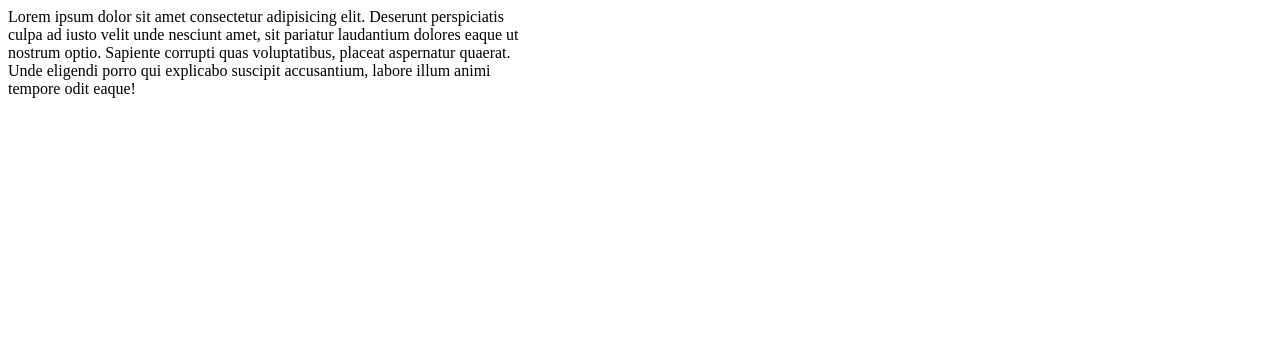
Repository: diensy/Web_dev
Page: Css/overflow/overflow.html
An editor plug-in stored every save of this project. The page is shown before and after the next save, followed by the edit.
The browser window is 1280 px wide. The pictures show the whole page.

Above is the page before, as saved 2024-05-25 23:22:47.

### Css/overflow/overflow.html
<!DOCTYPE html>
<html lang="en">
  <head>
    <meta charset="UTF-8" />
    <meta name="viewport" content="width=device-width, initial-scale=1.0" />
    <title>Document</title>
    <link rel="stylesheet" href="overflow.css" />
  </head>
  <body>
    <div class="b">
      Lorem ipsum dolor sit amet consectetur adipisicing elit. Deserunt
      perspiciatis culpa ad iusto velit unde nesciunt amet, sit pariatur
      laudantium dolores eaque ut nostrum optio. Sapiente corrupti quas
      voluptatibus, placeat aspernatur quaerat. Unde eligendi porro qui
      explicabo suscipit accusantium, labore illum animi tempore odit eaque!
    </div>
  </body>
</html>

### Css/overflow/overflow.css
.b{
    width: 40vw;
    height: 40vh;
    border: 2px solid bla;
}

After the next save:
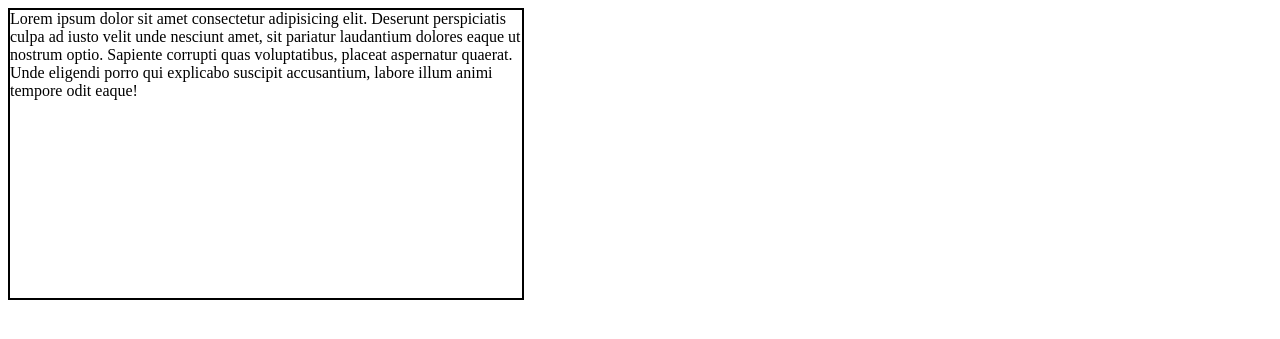
Saved 2 s later.
--- a/Css/overflow/overflow.css
+++ b/Css/overflow/overflow.css
@@ -1,5 +1,5 @@
-.b{
-    width: 40vw;
-    height: 40vh;
-    border: 2px solid bla;
+.b {
+  width: 40vw;
+  height: 40vh;
+  border: 2px solid black;
 }
